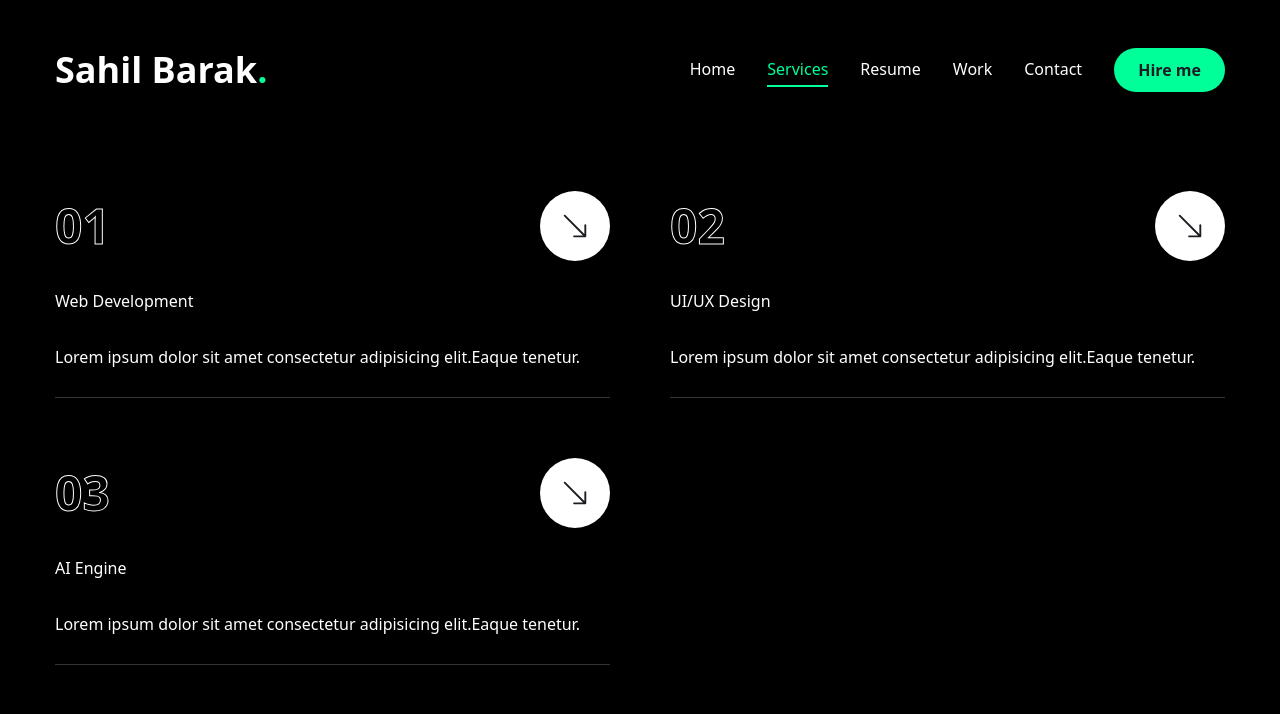
Repository: Moxsahil/My_portfolio
Page: /services (app in sahil-portfolio/)
The author's editor kept a copy of each file at every save. The page is drawn from the files as they stood at one save, then again after the next save.
The browser window is 1280 px wide. The pictures show the whole page.
The project was rebuilt for these pictures with package versions that can differ from the ones it lists, and the page was loaded fresh each time. The framework's server and built-in components were replaced by stand-ins that run in the browser. Also part of the build but not shown: sahil-portfolio/next.config.mjs.

Above is the page before, as saved 2024-10-04 13:35:07.

### sahil-portfolio/app/layout.jsx
import { JetBrains_Mono } from "next/font/google";
import "./globals.css";
import Header from "@/components/Header";
import PageTransition from "@/components/PageTransition";
import StairTransition from "@/components/StairTransition";

const jetbrainsMono = JetBrains_Mono({
  subsets: ["latin"],
   weight: ["100", "200", "300", "400", "500", "600", "700", "800"],
   variable: '--font-jetbrainsMono'
});

export const metadata = {
  title: "Create Next App",
  description: "Generated by create next app",
};

export default function RootLayout({ children }) {
  return (
    <html lang="en">
      <body className={jetbrainsMono.variable}>
        <Header />
        <StairTransition />
        <PageTransition> {children}</PageTransition>
        </body>
    </html>
  );
}

### sahil-portfolio/app/services/page.jsx
"use client";

import { BsArrowDownRight } from "react-icons/bs"
import Link from "next/link";

const services = [
  {
    num: '01',
    title: 'Web Development',
    description: 'Lorem ipsum dolor sit amet consectetur adipisicing elit.Eaque tenetur.'
  },
  {
    num: '02',
    title: 'UI/UX Design',
    description: 'Lorem ipsum dolor sit amet consectetur adipisicing elit.Eaque tenetur.'
  },
  {
    num: '03',
    title: 'AI Engine',
    description: 'Lorem ipsum dolor sit amet consectetur adipisicing elit.Eaque tenetur.'
  },
];

import { motion } from "framer-motion";

const Services = () => {
  return (
  <section className="min-h-[80vh] flex flex-col justify-center py-12 xl:py-0">
    <div className="container mx-auto">
      <motion.div initial={{opacity: 0 }}
      animate={{
        opacity:1,
        transition: {delay:2.4, duration:0.4, ease: "easeIn"},
      }}
      className="grid grid-cols-1 md:grid-cols-2 gap-[60px]"
      >
       {services.map((service, index) => {
        return (
        <div
        key={index}
        className="flex-1 flex flex-col justify-center gap-6 group"
        >
          {/* top */}
          <div className="w-full flex justify-between items-center">
            <div className="text-5xl font-extrabold text-outline
            text-transparent group-hover:text-outline-hover transition-all duration-500">{service.num}</div>
            <Link href={`/services/${service.num}`} className="w-[70px] h-[70px] rounded-full
             bg-white group-hover:bg-accent transition-all duration-500 flex
             justify-center items-center hover:-rotate-45"
             >
            <BsArrowDownRight  className="text-primary text-3xl"/>
            </Link>
          </div>
          {/* title */}
          <h2>{service.title}</h2>
          {/* description */}
          <p>{service.description}</p>
          {/* border */}
          <div className="border-b border-white/20 w-full"></div>
        </div>
       );
       })}
      </motion.div>
      </div>
  </section>
  );
};

export default Services;

### sahil-portfolio/app/globals.css
@tailwind base;
@tailwind components;
@tailwind utilities;

@layer base{
    body {
        @apply font-primary bg-black text-white leading-loose;
    }
    .h1{
        @apply text-[48px] xl:text-[80px] leading-[1.1] font-semibold;
    }
    .h2{
        @apply text-[36px] xl:text-[48px] leading-[1.1] font-semibold;
    }
    .h3{
        @apply text-[20px] xl:text-[24px] leading-[1.1] font-semibold;
    }
.text-outline{
    -webkit-text-stroke: 1px #ffffff;
}

.text-outline-hover{
    -webkit-text-stroke: 1px #00ff99;
}
}

### sahil-portfolio/components/Header.jsx
import Link from "next/link";
import { Button } from "./ui/button";

//components
import Nav from "./Nav";
import MobileNav from "./MobileNav";
const Header = () => {
  return (
     <header className = "py-8 xl:py-12 text-white">
    <div className = "container mx-auto flex justify-between items-center">
      {/* logo */}
      <Link href="/">
        <h1 className="text-4xl font-semibold">
          Sahil Barak<span className="text-accent">.</span>
        </h1>
        </Link>


        {/* desktop nav & hire me button */}
        <div className="hidden xl:flex items-center gap-8">
        <Nav />
        <Link href="/#contact">
        <Button>Hire me</Button>
        </Link>
        </div>

        {/* mobile nav */}
        <div className="xl:hidden">
          <MobileNav />
        </div>
    </div>
  </header>
  );
};

export default Header;

### sahil-portfolio/components/PageTransition.jsx
 "use client";


 import { AnimatePresence, motion } from "framer-motion";
import { usePathname } from "next/navigation";

 const PageTransition = ({children}) => {
  const pathname = usePathname();

  return (
    <AnimatePresence>

      <div key={pathname}>
        <motion.div initial={{opacity: 1}}
        animate={{opacity:0,
         transition: {delay: 1,duration: 0.4, ease: "easeInOut"},
         }}
         className="h-screen w-screen fixed bg-primary top-0 pointer-events-none"
         />
        {children}</div>
    </AnimatePresence>
  )
}

export default PageTransition

### sahil-portfolio/components/StairTransition.jsx
"use client";

import { AnimatePresence, motion } from "framer-motion";
import { usePathname } from "next/navigation";

//components
import Stairs from "./Stairs";

const StairTransition = () => {
  const pathname = usePathname();
  return (
    <>
    <AnimatePresence mode="wait">
      <div key={pathname}>
        <div className="h-screen w-screen fixed top-0 left-0 right-0
        pointer-events-none z-40 flex">
         <Stairs />
          </div>

        <motion.div
        className="h-screen w-screen fixed bg-primary top-0 pointer-events-none"
        initial={{opacity: 1}}
        animate={{
          opacity: 0,
          transition: {delay: 1,duration: 0.4, ease: "easeInOut" },
      }}
        />
      </div>
    </AnimatePresence>
    </>
  );
}

export default StairTransition

### sahil-portfolio/components/ui/button.jsx
import * as React from "react"
import { Slot } from "@radix-ui/react-slot"
import { cva } from "class-variance-authority";

import { cn } from "@/lib/utils"

const buttonVariants = cva(
  "inline-flex items-center justify-center whitespace-nowrap rounded-full text-base font-semibold ring-offset-white transition-colors",
  {
    variants: {
      variant: {
        default: "bg-accent text-primary hover:bg-accent-hover",
        primary: "bg-primary text-white ",
        outline:
        "border border-accent bg-transparent text-accent hover :bg-accent hover: text-primary",

      },
      size: {
        default: "h-[44px] px-6",
        md: "h-[48px] px-6",
        lg: "h-[56px] px-8 text-sm uppercase tracking-[2px]",

      },
    },
    defaultVariants: {
      variant: "default",
      size: "default",
    },
  }
)

const Button = React.forwardRef(({ className, variant, size, asChild = false, ...props }, ref) => {
  const Comp = asChild ? Slot : "button"
  return (
    (<Comp
      className={cn(buttonVariants({ variant, size, className }))}
      ref={ref}
      {...props} />)
  );
})
Button.displayName = "Button"

export { Button, buttonVariants }

### sahil-portfolio/components/Nav.jsx
"use client";

import Link from "next/link";
import { usePathname } from "next/navigation";

const links = [
    {
        name: "Home",
        path: "/",
    },
    {
        name: "services",
        path: "/services",
    },
    {
        name: "resume",
        path: "/resume",
    },
    {
        name: "work",
        path: "/work",
    },
    {
        name: "contact",
        path: "/contact",
    },
];


const Nav = () => {
    const pathname = usePathname();
  return (
    <nav className="flex gap-8">
        {links.map((link, index) => {
            return (
                <Link href={link.path} key={index} className ={`${
                    link.path === pathname &&
                    "text-accent border-b-2 border-accent"}
                    capitalize font-medium hover:text-accent transition-all`}
                    >
                    {link.name}
                </Link>
            );
        })}
    </nav>
  )
}

export default Nav

### sahil-portfolio/components/MobileNav.jsx
"use client";

import { Sheet, SheetContent, SheetTrigger } from "@/components/ui/sheet";
import { usePathname } from "next/navigation";
import Link from "next/link";
import { CiMenuFries } from "react-icons/ci";

const links = [
  {
    name: "Home",
    path: "/",
  },
  {
    name: "services",
    path: "/services",
  },
  {
    name: "resume",
    path: "/resume",
  },
  {
    name: "work",
    path: "/work",
  },
  {
    name: "contact",
    path: "/contact",
  },
]

const MobileNav = () => {
  const pathname = usePathname();
  return (
    <Sheet>
      <SheetTrigger className ="flex-justify-center items-center">
        <CiMenuFries className="text-[32px] text-accent"/>
      </SheetTrigger>
      <SheetContent className="flex flex-col">
        {/* logo */}
        <div className="mt-32 mb-40 text-center text-2xl">
          <Link href="/">
          <h1 className="text-4xl font-semibold">
            Sahil Barak<span className="text-accent">.</span></h1>
          </Link>
        </div>
        {/* nav  */}
        <nav className="flex flex-col justify-center items-center gap-8">
          {links.map((link, index) => {
            return(
              <Link href={link.path} key={index} className={` ${link.path === pathname && "text-accent border-b-2 border-accent"}text-xl capitalize hover:text-accent transition-all`}>
                {link.name}
              </Link>
            );
          })}
        </nav>
      </SheetContent>
    </Sheet>
  );
};

export default MobileNav;

### sahil-portfolio/components/Stairs.jsx
import { motion } from "framer-motion";

const stairAnimation = {
    initial: {
        top: "0%",
    },
    animate: {
        top: "100%",
    },
    exit: {
        top: ["100%`", "0%"],
    },
};


// calculate the reverse index fot staggred delay

const reverseIndex = (index) => {
    const totalSteps = 6; // number of steps
    return totalSteps - index - 1;
};
const Stairs = () => {
  return (
  <>

    {/* render 6 motion divs, each representing a step of the stairs.
    Each div will have the same animation defined by the stairsAnimation object.
    the delay for each div is calculated sinamically based on its reversed index ,
    creating a staggered effect with decreasing delay for each subsequent step.
    */}
    {[...Array(6)].map((_, index)=>{
        return (
        <motion.div
         key={index}
         variants={stairAnimation}
         initial="initial"
         animate="animate"
         exit="exit"
         transition={{
            duration: 0.4,
            ease: "easeInOut",
            delay: reverseIndex(index) * 0.1,
        }}
        className="h-full w-full bg-white relative"
        />
    );
    })}
  </>
  );
};

export default Stairs

### sahil-portfolio/components/ui/sheet.jsx
"use client";
import * as React from "react"
import * as SheetPrimitive from "@radix-ui/react-dialog"
import { cva } from "class-variance-authority";
import { cn } from "@/lib/utils"

import { IoMdClose } from "react-icons/io";

const Sheet = SheetPrimitive.Root

const SheetTrigger = SheetPrimitive.Trigger

const SheetClose = SheetPrimitive.Close

const SheetPortal = SheetPrimitive.Portal

const SheetOverlay = React.forwardRef(({ className, ...props }, ref) => (
  <SheetPrimitive.Overlay
    className={cn(
      "fixed inset-0 z-50 bg-black/80  data-[state=open]:animate-in data-[state=closed]:animate-out data-[state=closed]:fade-out-0 data-[state=open]:fade-in-0",
      className
    )}
    {...props}
    ref={ref} />
))
SheetOverlay.displayName = SheetPrimitive.Overlay.displayName

const sheetVariants = cva(
  "fixed z-50 gap-4 bg-primary p-6 shadow-lg transition ease-in-out data-[state=open]:animate-in data-[state=closed]:animate-out data-[state=closed]:duration-300 data-[state=open]:duration-500 dark:bg-slate-950",
  {
    variants: {
      side: {
        top: "inset-x-0 top-0 border-b data-[state=closed]:slide-out-to-top data-[state=open]:slide-in-from-top",
        bottom:
          "inset-x-0 bottom-0 border-t data-[state=closed]:slide-out-to-bottom data-[state=open]:slide-in-from-bottom",
        left: "inset-y-0 left-0 h-full w-3/4 border-r data-[state=closed]:slide-out-to-left data-[state=open]:slide-in-from-left sm:max-w-sm",
        right:
          "inset-y-0 right-0 h-full w-3/4  data-[state=closed]:slide-out-to-right data-[state=open]:slide-in-from-right sm:max-w-sm",
      },
    },
    defaultVariants: {
      side: "right",
    },
  }
)

const SheetContent = React.forwardRef(({ side = "right", className, children, ...props }, ref) => (
  <SheetPortal>
    <SheetOverlay />
    <SheetPrimitive.Content ref={ref} className={cn(sheetVariants({ side }), className)} {...props}>
      {children}
      <SheetPrimitive.Close
        className= "absolute right-8 top-8 transition-opacity outline-none">
        <IoMdClose className="text-3xl text-accent" />
        <span className="sr-only">Close</span>
      </SheetPrimitive.Close>
    </SheetPrimitive.Content>
  </SheetPortal>
))
SheetContent.displayName = SheetPrimitive.Content.displayName

const SheetHeader = ({
  className,
  ...props
}) => (
  <div
    className={cn("flex flex-col space-y-2 text-center sm:text-left", className)}
    {...props} />
)
SheetHeader.displayName = "SheetHeader"

const SheetFooter = ({
  className,
  ...props
}) => (
  <div
    className={cn("flex flex-col-reverse sm:flex-row sm:justify-end sm:space-x-2", className)}
    {...props} />
)
SheetFooter.displayName = "SheetFooter"

const SheetTitle = React.forwardRef(({ className, ...props }, ref) => (
  <SheetPrimitive.Title
    ref={ref}
    className={cn("text-lg font-semibold text-slate-950 dark:text-slate-50", className)}
    {...props} />
))
SheetTitle.displayName = SheetPrimitive.Title.displayName

const SheetDescription = React.forwardRef(({ className, ...props }, ref) => (
  <SheetPrimitive.Description
    ref={ref}
    className={cn("text-sm text-slate-500 dark:text-slate-400", className)}
    {...props} />
))
SheetDescription.displayName = SheetPrimitive.Description.displayName

export {
  Sheet,
  SheetPortal,
  SheetOverlay,
  SheetTrigger,
  SheetClose,
  SheetContent,
  SheetHeader,
  SheetFooter,
  SheetTitle,
  SheetDescription,
}

### sahil-portfolio/tailwind.config.js
/** @type {import('tailwinds').Config} */
module.exports = {
  darkMode: ["class"],
  content: [
    './pages/**/*.{js,jsx}',
    './components/**/*.{js,jsx}',
    './app/**/*.{js,jsx}',
    './src/**/*.{js,jsx}',
  ],
  prefix: "",
  theme: {
    container: {
      center: true,
      padding: "15px",
    },
      screens: {
      sm: "640px",
      md: "768px",
      lg: "960px",
      xl: "1200px",
    },
    fontFamily: {
      primary: "var(--font-JetBrainsMono)",
    },
    extend: {

      colors: {
        primary: '#1c1c22',
        accent: {
          DEFAULT: '#00ff99',
          hover: '#00e187'
        }
      },

      keyframes: {
        "accordion-down": {
          from: { height: "0" },
          to: { height: "var(--radix-accordion-content-height)" },
        },
        "accordion-up": {
          from: { height: "var(--radix-accordion-content-height)" },
          to: { height: "0" },
        },
      },
      animation: {
        "accordion-down": "accordion-down 0.2s ease-out",
        "accordion-up": "accordion-up 0.2s ease-out",
      },
    },
  },
  plugins: [require("tailwindcss-animate")],
}

Loaded but not shown: sahil-portfolio/lib/utils.js (common file)

After the next save:
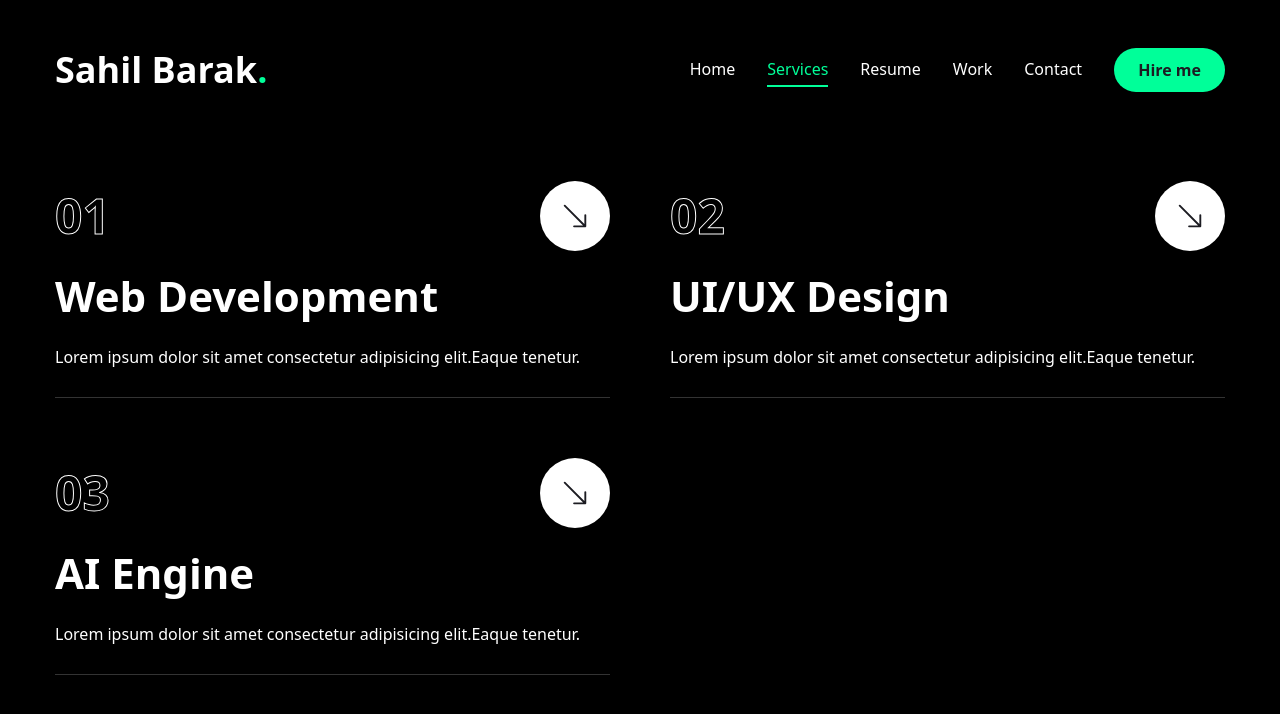
Saved 116 s later.
--- a/sahil-portfolio/app/services/page.jsx
+++ b/sahil-portfolio/app/services/page.jsx
@@ -52,7 +52,7 @@
             </Link>
           </div>
           {/* title */}
-          <h2>{service.title}</h2>
+          <h2 className="text-[42px] font-bold leading-none text-white">{service.title}</h2>
           {/* description */}
           <p>{service.description}</p>
           {/* border */}
